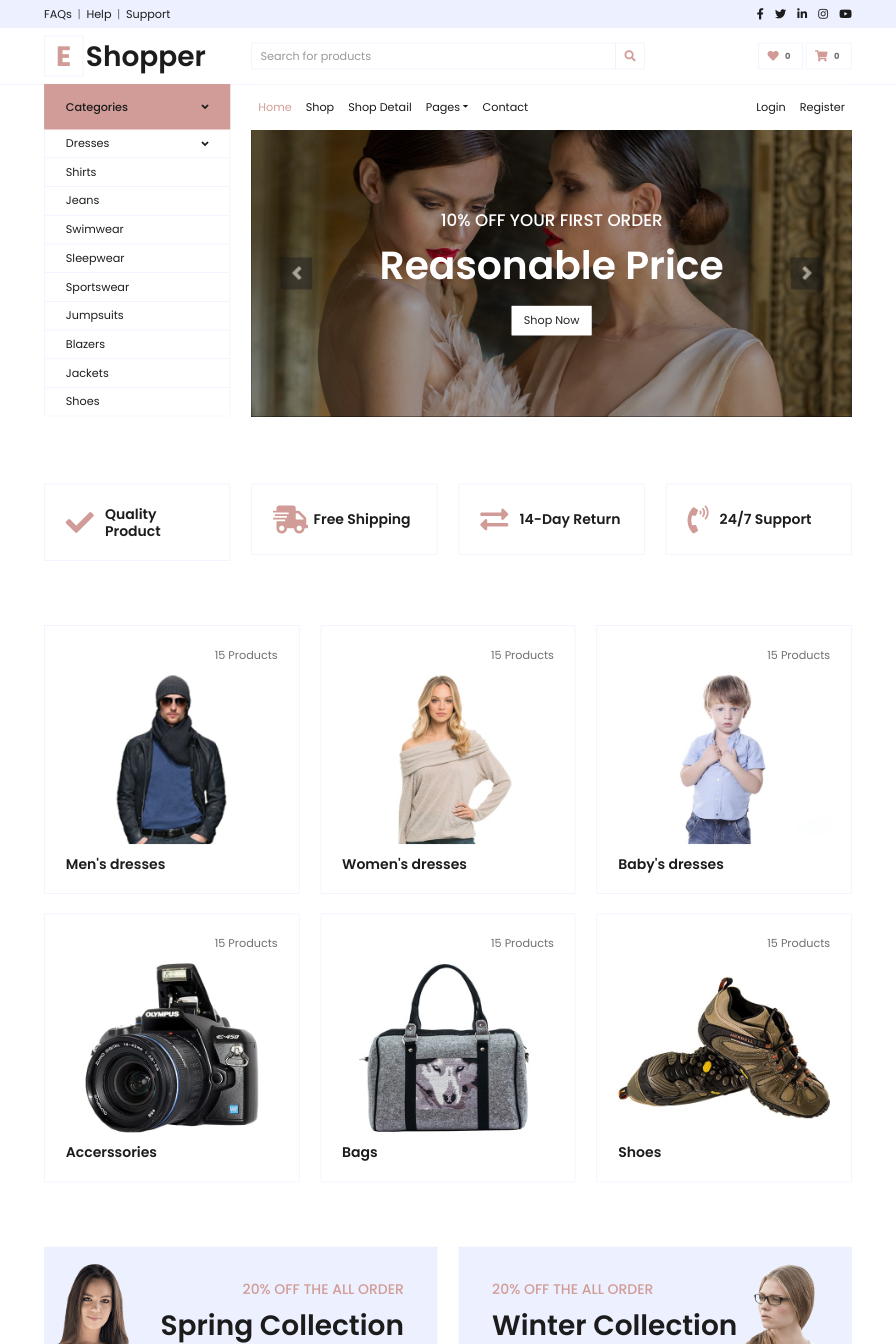
Repository: jiahow99/e-shopper-2.0
Page: http://localhost/
The author's editor kept a copy of each file at every save. The page is drawn from the files as they stood at one save, then again after the next save.
The browser window is 1280 px wide. The pictures show the part of the page from y = 0 to 1920 px (the page is 5363 px tall), at 70% of full size.
Some web libraries are served in a nearby version. The page is served by the project's Laravel application, run on PHP 8.4 with Laravel 10. Other server files are loaded and not shown.

Above is the page before, as saved 2023-03-12 16:32:37.

### routes/web.php
<?php

use Illuminate\Support\Facades\Route;
use App\Http\Controllers\ProductController;

/*
|--------------------------------------------------------------------------
| Web Routes
|--------------------------------------------------------------------------
|
| Here is where you can register web routes for your application. These
| routes are loaded by the RouteServiceProvider and all of them will
| be assigned to the "web" middleware group. Make something great!
|
*/

Route::get('/', function () {
    return view('home');
})->name('home');

Route::get('/shopping-page', [ProductController::class, 'index'])->name('shopping-page');

### resources/views/layouts/app.blade.php
<!DOCTYPE html>
<html lang="en">

<head>
    <meta charset="utf-8">
    <title>EShopper</title>
    <meta content="width=device-width, initial-scale=1.0" name="viewport">

    <!-- Favicon -->
    <link href="{{asset('img/favicon.ico')}}" rel="icon">

    <!-- Google Web Fonts -->
    <link rel="preconnect" href="https://fonts.gstatic.com">
    <link href="https://fonts.googleapis.com/css2?family=Poppins:wght@100;200;300;400;500;600;700;800;900&display=swap" rel="stylesheet">

    <!-- Font Awesome -->
    <link href="https://cdnjs.cloudflare.com/ajax/libs/font-awesome/5.10.0/css/all.min.css" rel="stylesheet">

    <!-- Libraries Stylesheet -->
    <link href="{{asset('lib/owlcarousel/assets/owl.carousel.min.css')}}" rel="stylesheet">

    <!-- Customized Bootstrap Stylesheet -->
    <link href="{{asset('css/style.css')}}" rel="stylesheet">

    {{-- <script type="module">
        import hotwiredTurbo from 'https://cdn.skypack.dev/@hotwired/turbo';
    </script> --}}
</head>

<body>
    <body>
        <!-- Topbar Start -->
        <div class="container-fluid">
            <div class="row bg-secondary py-2 px-xl-5">
                <div class="col-lg-6 d-none d-lg-block">
                    <div class="d-inline-flex align-items-center">
                        <a class="text-dark" href="">FAQs</a>
                        <span class="text-muted px-2">|</span>
                        <a class="text-dark" href="">Help</a>
                        <span class="text-muted px-2">|</span>
                        <a class="text-dark" href="">Support</a>
                    </div>
                </div>
                <div class="col-lg-6 text-center text-lg-right">
                    <div class="d-inline-flex align-items-center">
                        <a class="text-dark px-2" href="">
                            <i class="fab fa-facebook-f"></i>
                        </a>
                        <a class="text-dark px-2" href="">
                            <i class="fab fa-twitter"></i>
                        </a>
                        <a class="text-dark px-2" href="">
                            <i class="fab fa-linkedin-in"></i>
                        </a>
                        <a class="text-dark px-2" href="">
                            <i class="fab fa-instagram"></i>
                        </a>
                        <a class="text-dark pl-2" href="">
                            <i class="fab fa-youtube"></i>
                        </a>
                    </div>
                </div>
            </div>
            <div class="row align-items-center py-3 px-xl-5">
                <div class="col-lg-3 d-none d-lg-block">
                    <a href="" class="text-decoration-none">
                        <h1 class="m-0 display-5 font-weight-semi-bold"><span class="text-primary font-weight-bold border px-3 mr-1">E</span>Shopper</h1>
                    </a>
                </div>
                <div class="col-lg-6 col-6 text-left">
                    <form action="">
                        <div class="input-group">
                            <input type="text" class="form-control" placeholder="Search for products">
                            <div class="input-group-append">
                                <span class="input-group-text bg-transparent text-primary">
                                    <i class="fa fa-search"></i>
                                </span>
                            </div>
                        </div>
                    </form>
                </div>
                <div class="col-lg-3 col-6 text-right">
                    <a href="" class="btn border">
                        <i class="fas fa-heart text-primary"></i>
                        <span class="badge">0</span>
                    </a>
                    <a href="" class="btn border">
                        <i class="fas fa-shopping-cart text-primary"></i>
                        <span class="badge">0</span>
                    </a>
                </div>
            </div>
        </div>
        <!-- Topbar End -->


        <!-- Navbar Start -->
        <div class="container-fluid mb-5">
            <div class="row border-top px-xl-5">
                <div class="col-lg-3 d-none d-lg-block">
                    <a class="btn shadow-none d-flex align-items-center justify-content-between bg-primary text-white w-100" data-toggle="collapse" href="#navbar-vertical" style="height: 65px; margin-top: -1px; padding: 0 30px;">
                        <h6 class="m-0">Categories</h6>
                        <i class="fa fa-angle-down text-dark"></i>
                    </a>
                    <nav class="collapse show navbar navbar-vertical navbar-light align-items-start p-0 border border-top-0 border-bottom-0" id="navbar-vertical">
                        <div class="navbar-nav w-100 overflow-hidden" style="height: 410px">
                            <div class="nav-item dropdown">
                                <a href="#" class="nav-link" data-toggle="dropdown">Dresses <i class="fa fa-angle-down float-right mt-1"></i></a>
                                <div class="dropdown-menu position-absolute bg-secondary border-0 rounded-0 w-100 m-0">
                                    <a href="" class="dropdown-item">Men's Dresses</a>
                                    <a href="" class="dropdown-item">Women's Dresses</a>
                                    <a href="" class="dropdown-item">Baby's Dresses</a>
                                </div>
                            </div>
                            <a href="" class="nav-item nav-link">Shirts</a>
                            <a href="" class="nav-item nav-link">Jeans</a>
                            <a href="" class="nav-item nav-link">Swimwear</a>
                            <a href="" class="nav-item nav-link">Sleepwear</a>
                            <a href="" class="nav-item nav-link">Sportswear</a>
                            <a href="" class="nav-item nav-link">Jumpsuits</a>
                            <a href="" class="nav-item nav-link">Blazers</a>
                            <a href="" class="nav-item nav-link">Jackets</a>
                            <a href="" class="nav-item nav-link">Shoes</a>
                        </div>
                    </nav>
                </div>
                <div class="col-lg-9">
                    <nav class="navbar navbar-expand-lg bg-light navbar-light py-3 py-lg-0 px-0">
                        <a href="" class="text-decoration-none d-block d-lg-none">
                            <h1 class="m-0 display-5 font-weight-semi-bold"><span class="text-primary font-weight-bold border px-3 mr-1">E</span>Shopper</h1>
                        </a>
                        <button type="button" class="navbar-toggler" data-toggle="collapse" data-target="#navbarCollapse">
                            <span class="navbar-toggler-icon"></span>
                        </button>
                        <div class="collapse navbar-collapse justify-content-between" id="navbarCollapse">
                            <div class="navbar-nav mr-auto py-0">
                                <a href="{{ route('home') }}" class="nav-item nav-link active">Home</a>
                                <a href="{{ route('shopping-page') }}" class="nav-item nav-link">Shop</a>
                                <a href="detail.html" class="nav-item nav-link">Shop Detail</a>
                                <div class="nav-item dropdown">
                                    <a href="#" class="nav-link dropdown-toggle" data-toggle="dropdown">Pages</a>
                                    <div class="dropdown-menu rounded-0 m-0">
                                        <a href="cart.html" class="dropdown-item">Shopping Cart</a>
                                        <a href="checkout.html" class="dropdown-item">Checkout</a>
                                    </div>
                                </div>
                                <a href="contact.html" class="nav-item nav-link">Contact</a>
                            </div>
                            <div class="navbar-nav ml-auto py-0">
                                <a href="" class="nav-item nav-link">Login</a>
                                <a href="" class="nav-item nav-link">Register</a>
                            </div>
                        </div>
                    </nav>
                    <div id="header-carousel" class="carousel slide" data-ride="carousel">
                        <div class="carousel-inner">
                            <div class="carousel-item active" style="height: 410px;">
                                <img class="img-fluid" src="img/carousel-1.jpg" alt="Image">
                                <div class="carousel-caption d-flex flex-column align-items-center justify-content-center">
                                    <div class="p-3" style="max-width: 700px;">
                                        <h4 class="text-light text-uppercase font-weight-medium mb-3">10% Off Your First Order</h4>
                                        <h3 class="display-4 text-white font-weight-semi-bold mb-4">Fashionable Dress</h3>
                                        <a href="" class="btn btn-light py-2 px-3">Shop Now</a>
                                    </div>
                                </div>
                            </div>
                            <div class="carousel-item" style="height: 410px;">
                                <img class="img-fluid" src="img/carousel-2.jpg" alt="Image">
                                <div class="carousel-caption d-flex flex-column align-items-center justify-content-center">
                                    <div class="p-3" style="max-width: 700px;">
                                        <h4 class="text-light text-uppercase font-weight-medium mb-3">10% Off Your First Order</h4>
                                        <h3 class="display-4 text-white font-weight-semi-bold mb-4">Reasonable Price</h3>
                                        <a href="" class="btn btn-light py-2 px-3">Shop Now</a>
                                    </div>
                                </div>
                            </div>
                        </div>
                        <a class="carousel-control-prev" href="#header-carousel" data-slide="prev">
                            <div class="btn btn-dark" style="width: 45px; height: 45px;">
                                <span class="carousel-control-prev-icon mb-n2"></span>
                            </div>
                        </a>
                        <a class="carousel-control-next" href="#header-carousel" data-slide="next">
                            <div class="btn btn-dark" style="width: 45px; height: 45px;">
                                <span class="carousel-control-next-icon mb-n2"></span>
                            </div>
                        </a>
                    </div>
                </div>
            </div>
        </div>
        <!-- Navbar End -->

        @yield('content')

        <!-- Footer Start -->
        <div class="container-fluid bg-secondary text-dark mt-5 pt-5">
            <div class="row px-xl-5 pt-5">
                <div class="col-lg-4 col-md-12 mb-5 pr-3 pr-xl-5">
                    <a href="" class="text-decoration-none">
                        <h1 class="mb-4 display-5 font-weight-semi-bold"><span class="text-primary font-weight-bold border border-white px-3 mr-1">E</span>Shopper</h1>
                    </a>
                    <p>Dolore erat dolor sit lorem vero amet. Sed sit lorem magna, ipsum no sit erat lorem et magna ipsum dolore amet erat.</p>
                    <p class="mb-2"><i class="fa fa-map-marker-alt text-primary mr-3"></i>123 Street, New York, USA</p>
                    <p class="mb-2"><i class="fa fa-envelope text-primary mr-3"></i>info@example.com</p>
                    <p class="mb-0"><i class="fa fa-phone-alt text-primary mr-3"></i>+012 345 67890</p>
                </div>
                <div class="col-lg-8 col-md-12">
                    <div class="row">
                        <div class="col-md-4 mb-5">
                            <h5 class="font-weight-bold text-dark mb-4">Quick Links</h5>
                            <div class="d-flex flex-column justify-content-start">
                                <a class="text-dark mb-2" href="index.html"><i class="fa fa-angle-right mr-2"></i>Home</a>
                                <a class="text-dark mb-2" href="shop.html"><i class="fa fa-angle-right mr-2"></i>Our Shop</a>
                                <a class="text-dark mb-2" href="detail.html"><i class="fa fa-angle-right mr-2"></i>Shop Detail</a>
                                <a class="text-dark mb-2" href="cart.html"><i class="fa fa-angle-right mr-2"></i>Shopping Cart</a>
                                <a class="text-dark mb-2" href="checkout.html"><i class="fa fa-angle-right mr-2"></i>Checkout</a>
                                <a class="text-dark" href="contact.html"><i class="fa fa-angle-right mr-2"></i>Contact Us</a>
                            </div>
                        </div>
                        <div class="col-md-4 mb-5">
                            <h5 class="font-weight-bold text-dark mb-4">Quick Links</h5>
                            <div class="d-flex flex-column justify-content-start">
                                <a class="text-dark mb-2" href="index.html"><i class="fa fa-angle-right mr-2"></i>Home</a>
                                <a class="text-dark mb-2" href="shop.html"><i class="fa fa-angle-right mr-2"></i>Our Shop</a>
                                <a class="text-dark mb-2" href="detail.html"><i class="fa fa-angle-right mr-2"></i>Shop Detail</a>
                                <a class="text-dark mb-2" href="cart.html"><i class="fa fa-angle-right mr-2"></i>Shopping Cart</a>
                                <a class="text-dark mb-2" href="checkout.html"><i class="fa fa-angle-right mr-2"></i>Checkout</a>
                                <a class="text-dark" href="contact.html"><i class="fa fa-angle-right mr-2"></i>Contact Us</a>
                            </div>
                        </div>
                        <div class="col-md-4 mb-5">
                            <h5 class="font-weight-bold text-dark mb-4">Newsletter</h5>
                            <form action="">
                                <div class="form-group">
                                    <input type="text" class="form-control border-0 py-4" placeholder="Your Name" required="required" />
                                </div>
                                <div class="form-group">
                                    <input type="email" class="form-control border-0 py-4" placeholder="Your Email"
                                        required="required" />
                                </div>
                                <div>
                                    <button class="btn btn-primary btn-block border-0 py-3" type="submit">Subscribe Now</button>
                                </div>
                            </form>
                        </div>
                    </div>
                </div>
            </div>
            <div class="row border-top border-light mx-xl-5 py-4">
                <div class="col-md-6 px-xl-0">
                    <p class="mb-md-0 text-center text-md-left text-dark">
                        &copy; <a class="text-dark font-weight-semi-bold" href="#">Your Site Name</a>. All Rights Reserved. Designed
                        by
                        <a class="text-dark font-weight-semi-bold" href="https://htmlcodex.com">HTML Codex</a>
                    </p>
                </div>
                <div class="col-md-6 px-xl-0 text-center text-md-right">
                    <img class="img-fluid" src="img/payments.png" alt="">
                </div>
            </div>
        </div>
        <!-- Footer End -->


        <!-- Back to Top -->
        <a href="#" class="btn btn-primary back-to-top"><i class="fa fa-angle-double-up"></i></a>


        <!-- JavaScript Libraries -->
        <script src="https://code.jquery.com/jquery-3.4.1.min.js"></script>
        <script src="https://stackpath.bootstrapcdn.com/bootstrap/4.4.1/js/bootstrap.bundle.min.js"></script>
        <script src="lib/easing/easing.min.js"></script>
        <script src="lib/owlcarousel/owl.carousel.min.js"></script>

        <!-- Contact Javascript File -->
        <script src="mail/jqBootstrapValidation.min.js"></script>
        <script src="mail/contact.js"></script>

        <!-- Template Javascript -->
        <script src="js/main.js"></script>
    </body>


</html>

Loaded but not shown: public/lib/owlcarousel/assets/owl.carousel.min.css (common file); public/css/style.css (library); public/lib/easing/easing.min.js (common file); public/lib/owlcarousel/owl.carousel.min.js (library); public/js/main.js (103 lines, source omitted); resources/views/home.blade.php (480 lines, source omitted)

After the next save:
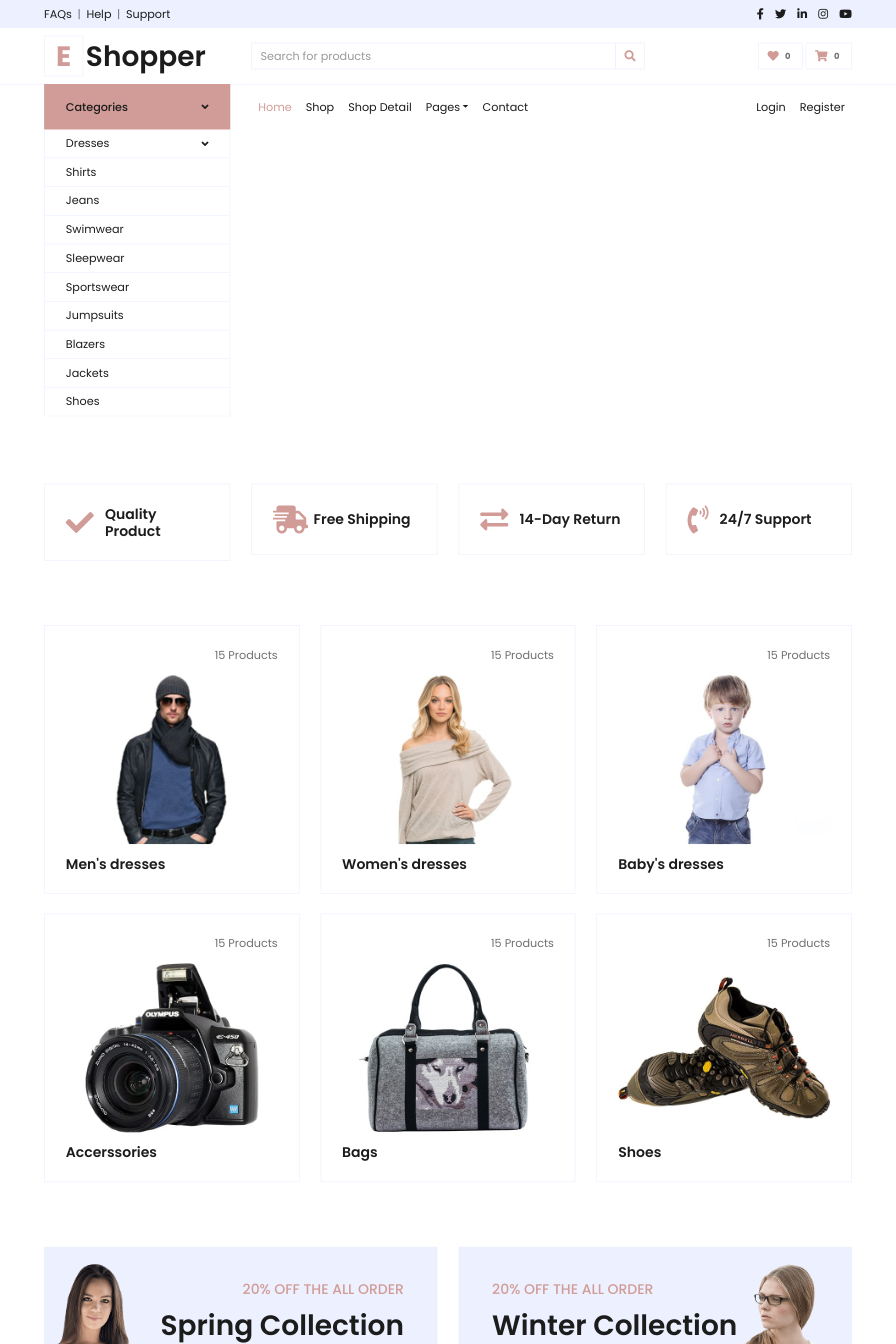
Saved 4 min 25 s later.
--- a/resources/views/layouts/app.blade.php
+++ b/resources/views/layouts/app.blade.php
@@ -152,40 +152,6 @@
                             </div>
                         </div>
                     </nav>
-                    <div id="header-carousel" class="carousel slide" data-ride="carousel">
-                        <div class="carousel-inner">
-                            <div class="carousel-item active" style="height: 410px;">
-                                <img class="img-fluid" src="img/carousel-1.jpg" alt="Image">
-                                <div class="carousel-caption d-flex flex-column align-items-center justify-content-center">
-                                    <div class="p-3" style="max-width: 700px;">
-                                        <h4 class="text-light text-uppercase font-weight-medium mb-3">10% Off Your First Order</h4>
-                                        <h3 class="display-4 text-white font-weight-semi-bold mb-4">Fashionable Dress</h3>
-                                        <a href="" class="btn btn-light py-2 px-3">Shop Now</a>
-                                    </div>
-                                </div>
-                            </div>
-                            <div class="carousel-item" style="height: 410px;">
-                                <img class="img-fluid" src="img/carousel-2.jpg" alt="Image">
-                                <div class="carousel-caption d-flex flex-column align-items-center justify-content-center">
-                                    <div class="p-3" style="max-width: 700px;">
-                                        <h4 class="text-light text-uppercase font-weight-medium mb-3">10% Off Your First Order</h4>
-                                        <h3 class="display-4 text-white font-weight-semi-bold mb-4">Reasonable Price</h3>
-                                        <a href="" class="btn btn-light py-2 px-3">Shop Now</a>
-                                    </div>
-                                </div>
-                            </div>
-                        </div>
-                        <a class="carousel-control-prev" href="#header-carousel" data-slide="prev">
-                            <div class="btn btn-dark" style="width: 45px; height: 45px;">
-                                <span class="carousel-control-prev-icon mb-n2"></span>
-                            </div>
-                        </a>
-                        <a class="carousel-control-next" href="#header-carousel" data-slide="next">
-                            <div class="btn btn-dark" style="width: 45px; height: 45px;">
-                                <span class="carousel-control-next-icon mb-n2"></span>
-                            </div>
-                        </a>
-                    </div>
                 </div>
             </div>
         </div>
